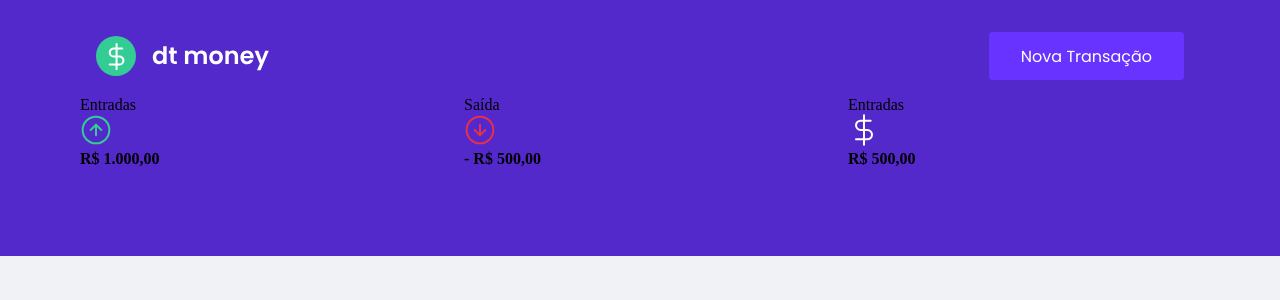
Repository: viniciusfg05/vlmoney
Page: /
The author's editor kept a copy of each file at every save. The page is drawn from the files as they stood at one save, then again after the next save.
The browser window is 1280 px wide. The pictures show the whole page.
The project was rebuilt for these pictures with package versions that can differ from the ones it lists, and the page was loaded fresh each time.

Above is the page before, as saved 2022-02-21 14:28:08.

### public/index.html
<!DOCTYPE html>
<html lang="en">
  <head>
    <link rel="preconnect" href="https://fonts.googleapis.com" />

    <meta charset="utf-8" />
    <meta name="viewport" content="width=device-width, initial-scale=1" />

    <link rel="shortcut icon" href="favicon.png" type="image/png" />

    <link rel="preconnect" href="https://fonts.gstatic.com" crossorigin />
    <link
      href="https://fonts.googleapis.com/css2?family=Poppins:wght@400;600&display=swap"
      rel="stylesheet"
    />
    <title>VlMoney</title>
  </head>
  <body>
    <noscript>You need to enable JavaScript to run this app.</noscript>
    <div id="root"></div>
  </body>
</html>

### src/App.tsx
import { Dashboard } from './components/Dashboards';
import { Header } from './components/Header';
import { GlobalStyles } from './styles/global';

export function App() {
  return (
    <>
      <Header />
      <Dashboard />
      <GlobalStyles />
    </>
  );
}

//export default App: pq nao usar que quem defini o nome da exportação é o importação e não a exportação

### src/components/Dashboards/index.tsx
import { Summary } from "../summary";
import { Container } from "./styles";

 export function Dashboard() {
   return (
    <Container>
    <Summary />
    </Container>
   )
 }

### src/components/Header/index.tsx
import logoImg from '../../assets/logo.svg'
import { Container, Content } from './styles'

export function Header() {
  return (
    <Container>
      <Content>
        <img src={logoImg} alt="vlmoney" />
        <button>
          Nova Transação
        </button>
      </Content>
    </Container>
  )
}

### src/styles/global.ts
import { createGlobalStyle } from 'styled-components'

export const GlobalStyles = createGlobalStyle`
  :root {
    --background: #f0f2f5;
    --roxo: #5429CC;
    --roxo-light: #6933FF;
    --green: #33CC95;
    --red: #E62E4D;
    --shape: #FFFFFF;
    --title-body: #363F5F;
    --text-body: #969CB3;
  }

  *{
    margin: 0;
    padding: 0;
    box-sizing: border-box;
  }

  html {
    @media (max-width: 1080px) {
      font-size: 93.75%; // 15px
    }

    @media (max-width: 720px) {
      font-size: 87.5%; // 15px
    }
  }

  body {
    background: var(--background) ;
    -webkit-font-smothing: antialiased; //para font ficar mais nitida
  }

  border-style, input, textarea, button {
    font-family: "Poppins", sans-serif;
    font-weight: 400;
  }

  h1, h2, h3, h4, h5, h6, strong {
    font-weight: 600;
  }

  button {
    cursor: pointer;
  }

  [disabled] {
    opacity: 0.6;
    cursor: not-allowed; //nao permitido
  }
`

### src/components/summary/index.tsx
import incomeImg from '../../assets/income.svg';
import outcomeImg from '../../assets/outcome.svg';
import totalImg from '../../assets/total.svg';


import { Container } from "./styles";

 export function Summary() {
  return (

    <Container >
      <div>
        <header>
          <p>Entradas</p>
          <img src={incomeImg} alt="Entradas" />
        </header>
        <strong>R$ 1.000,00</strong>
      </div>

      <div>
        <header>
          <p>Saída</p>
          <img src={outcomeImg} alt="Saidas" />
        </header>
        <strong>- R$ 500,00</strong>
      </div>

      <div>
        <header>
          <p>Entradas</p>
          <img src={totalImg} alt="total" />
        </header>
        <strong>R$ 500,00</strong>
      </div>
    </Container >
  )
 }

### src/components/Dashboards/styles.ts
import styled from "styled-components";

 export const Container = styled.main`
  max-width: 1120px;
  margin: 0 auto;
  padding: 2.5 1rem;
 `;

### src/components/Header/styles.ts
import styled from 'styled-components'

export const Container = styled.header`
  background-color: var(--roxo);
`;

export const Content = styled.div`
  max-width: 1120px;
  margin: 0 auto;

  padding: 2rem 1rem 11rem;

  display: flex;
  align-items: center;
  justify-content: space-between;

  button{
    font-size:  1rem;
    color: #fff;
    background: var(--roxo-light);
    border: 0;
    padding: 0 2rem;
    border-radius: 0.25rem;
    height: 3rem;
    transition: 0.3s;

    &:hover {
      filter:brightness(0.9)
    }
  }
`;

### src/components/summary/styles.ts
import styled from "styled-components";

 export const Container = styled.div`
  display: grid;
  grid-template-columns: repeat(3, 1fr);
  gap: 2rem;
  margin-top: -10rem;
 `;

Loaded but not shown: src/index.tsx (common file)

After the next save:
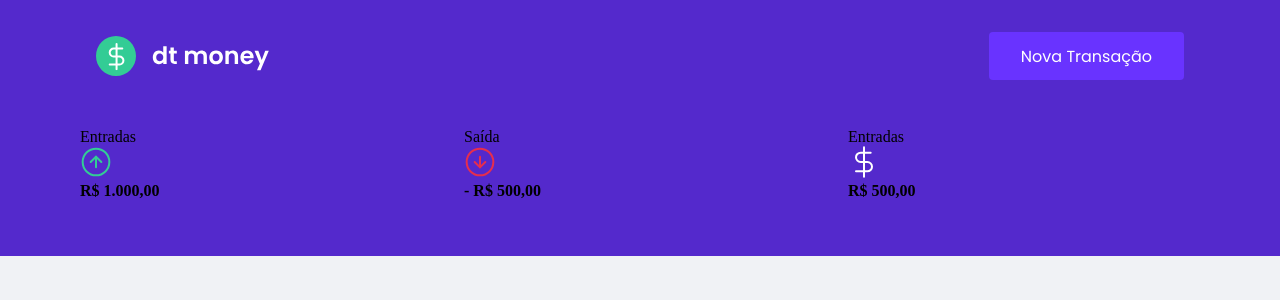
Saved 16 s later.
--- a/src/components/summary/styles.ts
+++ b/src/components/summary/styles.ts
@@ -4,5 +4,5 @@ import styled from "styled-components";
   display: grid;
   grid-template-columns: repeat(3, 1fr);
   gap: 2rem;
-  margin-top: -10rem;
+  margin-top: -8rem;
  `;
